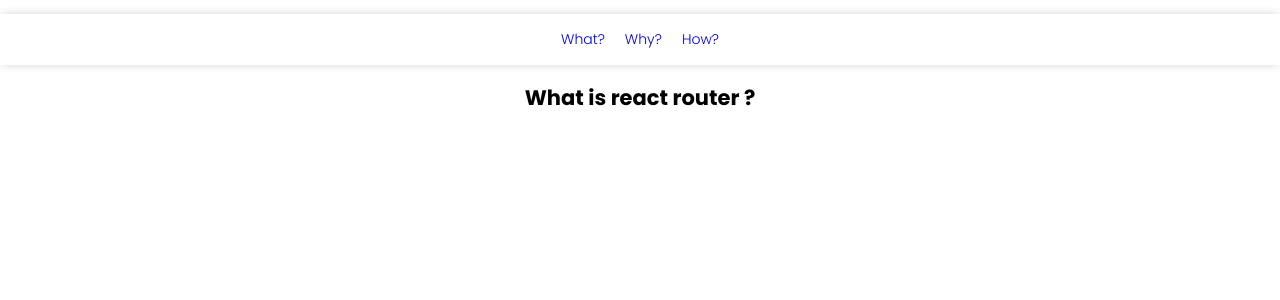
Repository: nguy3nds/2021-18-9-react
Page: /Tung
An editor plug-in stored every save of this project. The page is shown before and after the next save, followed by the edit.
The browser window is 1280 px wide. The pictures show the whole page.
The project was rebuilt for these pictures with package versions that can differ from the ones it lists, and the page was loaded fresh each time. Also part of the build but not shown: src/components/How.js, src/components/Why.js.

Above is the page before, as saved 2021-09-18 23:29:54.

After the next save:
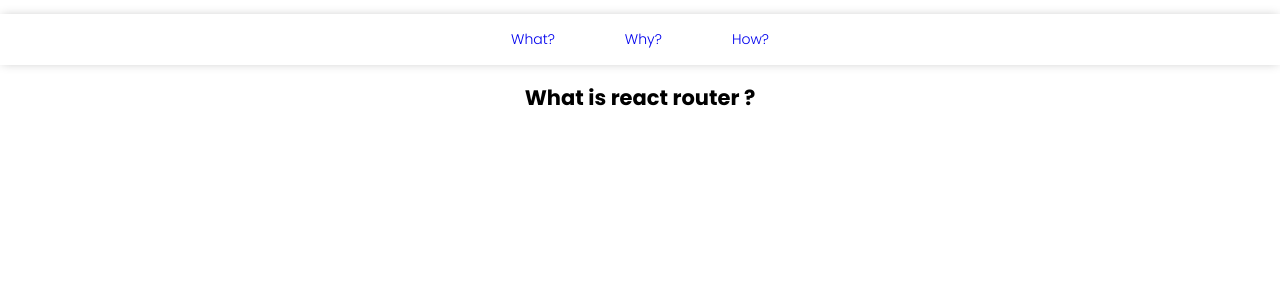
Saved 24 s later.
--- a/src/App.css
+++ b/src/App.css
@@ -72,6 +72,7 @@ button {
 }
 .menu-item {
   position: relative;
+  margin: 0 5rem;
 }
 
 .menu-child-link {
